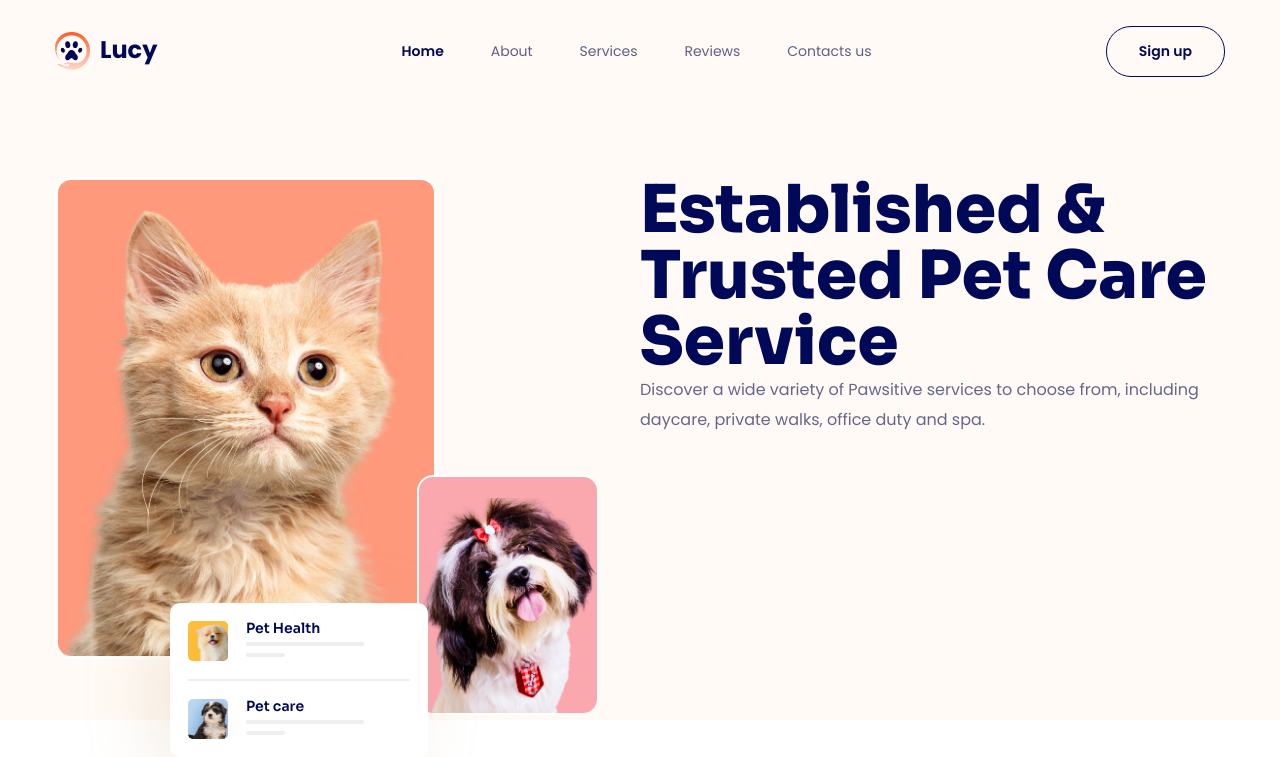
Repository: Cuongquaidan/F8projeact-04
Page: index.html
These files come from the project's save history. The page is drawn as it stood at one moment and after the next save; the edit follows.
The browser window is 1280 px wide. The pictures show the whole page.

Above is the page before, as saved 2023-04-15 09:49:04.

### index.html
<!DOCTYPE html>
<html lang="en">
    <head>
        <meta charset="UTF-8" />
        <meta http-equiv="X-UA-Compatible" content="IE=edge" />
        <meta name="viewport" content="width=device-width, initial-scale=1.0" />
        <title>F8project-4</title>
        <!-- reset css -->
        <link rel="stylesheet" href="./asset/css/reset.css" />
        <!-- font -->
        <link rel="preconnect" href="https://fonts.googleapis.com" />
        <link rel="preconnect" href="https://fonts.gstatic.com" crossorigin />
        <link
            href="https://fonts.googleapis.com/css2?family=Poppins:ital,wght@0,200;0,300;0,400;0,500;0,600;0,700;0,800;0,900;1,100;1,200;1,300;1,400;1,500;1,600;1,700;1,800;1,900&family=Sora:wght@100;200;300;400;500;600;700;800&display=swap"
            rel="stylesheet"
        />
        <!-- icon -->
        <link
            href="https://unpkg.com/boxicons@2.1.4/css/boxicons.min.css"
            rel="stylesheet"
        />

        <!-- styles -->
        <link rel="stylesheet" href="./asset/css/styles.css" />
        <link rel="stylesheet" href="./asset/css/responsive.css" />
    </head>
    <body>
        <div class="header">
            <div class="container">
                <a href="#" class="brand__link">
                    <div class="header__brand">
                        <img
                            src="./asset/img/logo.png"
                            alt="Lucy"
                            class="brand__img"
                        />
                        <span class="brand__name">Lucy</span>
                    </div>
                </a>
                <ul class="header__nav">
                    <li class="header__nav-item">
                        <a
                            href="#header"
                            class="nav-item__link nav-item--active"
                            >Home</a
                        >
                    </li>
                    <li class="header__nav-item">
                        <a href="#about" class="nav-item__link">About</a>
                    </li>
                    <li class="header__nav-item">
                        <a href="#services" class="nav-item__link">Services</a>
                    </li>
                    <li class="header__nav-item">
                        <a href="#reviews" class="nav-item__link">Reviews</a>
                    </li>
                    <li class="header__nav-item">
                        <a href="#contacts" class="nav-item__link"
                            >Contacts us</a
                        >
                    </li>
                </ul>
                <div class="header__action">
                    <button class="header__action-btn">Sign up</button>
                </div>
            </div>
            <div class="hero">
                <div class="container hero__container">
                    <div class="hero__cards">
                        <div class="cards__media">
                            <div class="cards__main-card">
                                <img src="./asset/img/pattern-1.svg" alt="pattern" class="main-card__decor">
                                <img
                                    src="./asset/img/conmeovang.png"
                                    alt="Meomeo"
                                    class="main-cards__img"
                                />
                                <img src="./asset/img/pattern-2.svg" alt="pattern" class="main-card__decor">
                            </div>
                            <div class="cards__sub-card">
                                <img
                                    src="./asset/img/conchohong.png"
                                    alt="Pets"
                                    class="sub-cards__img"
                                />
                            </div>
                        </div>
                        <div class="cards__info-card">
                            <div class="info-card__pet">
                                <div class="pet__bg-img"><img src="./asset/img/conchovang.png" alt="pets" class="pet__img"></img></div>
                                   <div class="info__inner-card">
                                    <p class="pet__title">Pet Health</p>
                                    <div class="pet__skeleton-long"></div>
                                    <div class="pet__skeleton-short"></div>
                                   </div>

                            </div>
                            <div class="seperate"></div>
                            <div class="info-card__pet">
                                <div class="pet__bg-img"> <img src="./asset/img/conchoxanh.png" alt="pets" class="pet__img"></img></div>
                                <div class="info__inner-card">
                                    <p class="pet__title">Pet care</p>
                                <div class="pet__skeleton-long"></div>
                                <div class="pet__skeleton-short"></div>
                                </div>
                            </div>
                        </div>
                    </div>
                    <section class="hero__contents">
                        <p class="hero__contents-title title">Established &
                            Trusted Pet
                            Care Service</p>
                        <p class="hero__contents-desc desc">
                            Discover a wide variety of Pawsitive services to choose from, including daycare, private walks, office duty and spa.
                        </p>
                    </section>
                </div>
            </div>
        </div>
        <script src="./app.js"></script>
    </body>
</html>

### asset/css/styles.css
* {
    box-sizing: border-box;
}
html {
    font-size: 62.5%;
}

:root {
    --primary-background-color: #fffaf5;
    --primary-font-tittle: "Sora", sans-serif;
    --primary-color: #000958;
}
body {
    font-size: 1.6rem;
    font-family: "Poppins", sans-serif;
}
/* comman */
input,
textarea,
select,
button {
    font-size: inherit;
    font-family: inherit;
}
a {
    text-decoration: none;
    color: #5e6085;
}
.container {
    width: 1170px;
    margin-left: auto;
    margin-right: auto;
    display: flex;
    text-align: center;
}
.title {
    color: var(--primary-color);
    font-family: "Sora", sans-serif;
    font-size: 5.2em;
    font-weight: 800;
    text-align: left;
}
.desc {
    font-weight: 400;
    font-size: 16px;
    line-height: 30px;
    text-align: left;
    color: #656689;
}
/* header */
.header {
    background-color: var(--primary-background-color);
    padding-top: 26px;
    height: 100vh;
    font-size: 1rem;
}

.header .container {
    justify-content: space-between;
}
.header__brand {
    display: flex;
    text-align: center;
    padding: 6px 0px;
}
.brand__img {
    width: 35px;
    height: auto;
    object-fit: cover;
}
.brand__name {
    color: var(--primary-color);
    font-size: 2.4em;
    font-weight: 700;
    padding: 6px 10px;
}
.header__nav {
    display: flex;
    width: 490px;
    justify-content: space-between;
    text-align: center;
}
.header__nav-item {
    padding: 18px 10px;
    font-size: 1.4em;
    color: #5e6085;
}
.nav-item--active {
    font-weight: 600;
    color: var(--primary-color);
}
.header__action-btn {
    font-size: 1.4em;
    font-weight: 600;
    padding: 14px 32px;
    border: 1px solid var(--primary-color);
    color: var(--primary-color);
    background-color: var(--primary-background-color);
    border-radius: 25px;
}
/* hero */
.hero {
    margin-top: 100px;
    font-size: 1rem;
}
.hero__container {
    display: grid;
    grid-template-columns: repeat(2, 1fr);
}
.hero__cards {
    position: relative;
}
.cards__media {
    display: flex;
    align-items: end;
}

.cards__main-card {
    position: relative;
    width: 382px;
    height: 482px;
    background-color: #fe997b;
    border: 3px solid white;
    border-radius: 16px;
}
.main-cards__img {
    position: absolute;
    bottom: 0;
    left: 0;
    max-width: 100%;
    border-radius: 16px;
}
.main-card__decor {
    position: absolute;
    z-index: -1;
    top: 17px;
    right: -35px;
}
.main-card__decor:nth-child(3) {
    position: absolute;
    top: auto;
    right: auto;
    bottom: 10px;
    left: -58px;
}

.cards__sub-card {
    position: relative;
    margin-left: -20px;
    transform: translateY(56px);
    width: 182px;
    height: 240px;
    background-color: #faa7ad;
    border: 2px solid white;
    border-radius: 16px;
}
.sub-cards__img {
    position: absolute;
    bottom: 0;
    left: 0;
    max-width: 100%;
    border-radius: 16px;
}
.cards__info-card {
    position: absolute;
    top: 426px;
    right: 212px;
    background-color: white;
    box-shadow: -17px 14px 68px -4px rgba(207, 174, 132, 0.25);
    border-radius: 10px;
}

.info-card__pet {
    display: flex;
}
.seperate {
    width: 222px;
    margin-left: 18px;
    margin-right: 18px;
    background-color: #eee;
    height: 2px;
    border-radius: 1px;
}
.pet__bg-img {
    background-color: #fdbf3d;
    margin: 18px;
    width: 40px;
    height: 40px;
    border-radius: 5px;
}
.info-card__pet:nth-child(3) .pet__bg-img {
    background-color: #bcdaf5;
}
.pet__img {
    width: 100%;
    border-radius: 5px;
}
.info__inner-card {
    margin-top: 18px;
    display: flex;
    flex-direction: column;
    align-items: start;
}
.pet__title {
    color: var(--primary-color);
    font-family: "Sora", sans-serif;
    font-size: 1.4em;
    font-weight: 600;
}
.pet__skeleton-long {
    margin-top: 7px;
    margin-bottom: 7px;
    background-color: #eee;
    border-radius: 3px;
    width: 118px;
    height: 4px;
}
.pet__skeleton-short {
    background-color: #eee;
    border-radius: 3px;
    width: 39px;
    height: 4px;
}
.hero__contents-title {
    font-size: 6.6rem;
}

Loaded but not shown: asset/css/reset.css (common file); app.js (no copy from this time; the picture is the same without it); asset/css/responsive.css (no stored copy; drawn as an empty file)

After the next save:
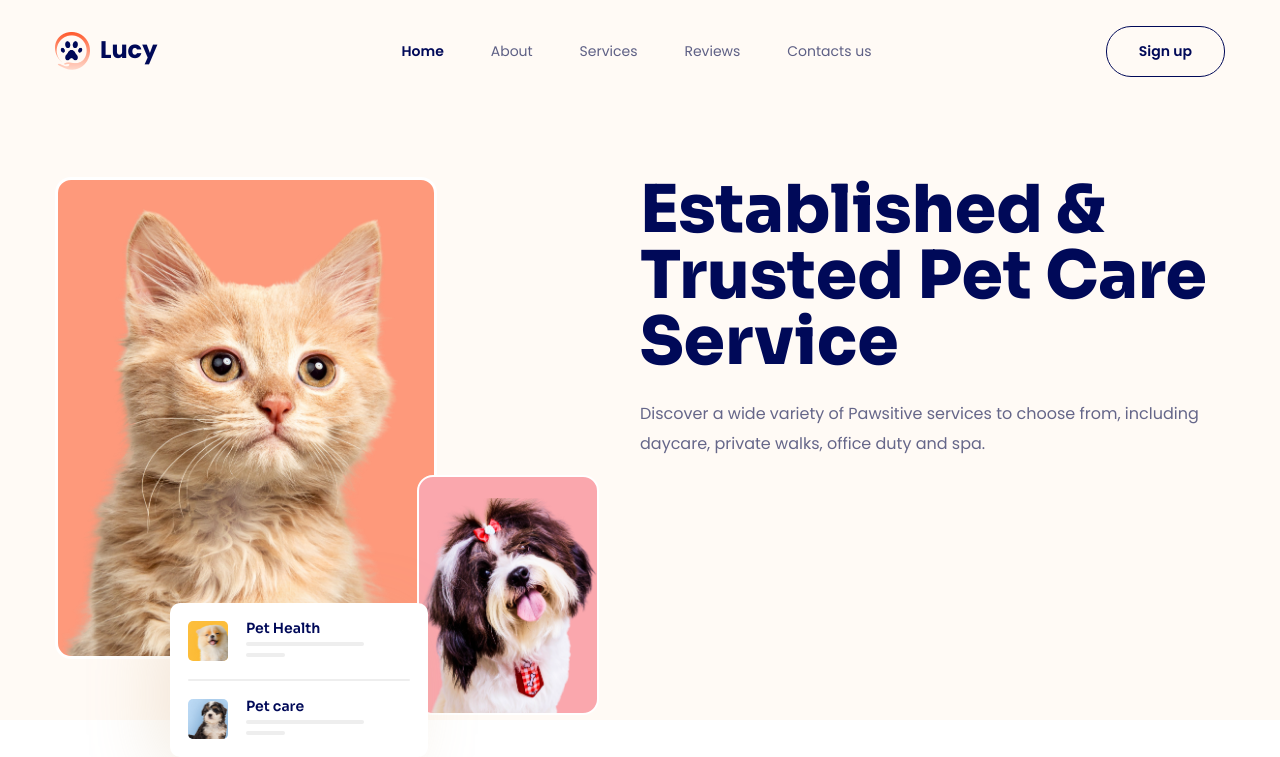
Saved 40 s later.
--- a/asset/css/styles.css
+++ b/asset/css/styles.css
@@ -223,4 +223,5 @@ a {
 }
 .hero__contents-title {
     font-size: 6.6rem;
-}
+    margin-bottom: 24px;
+}
